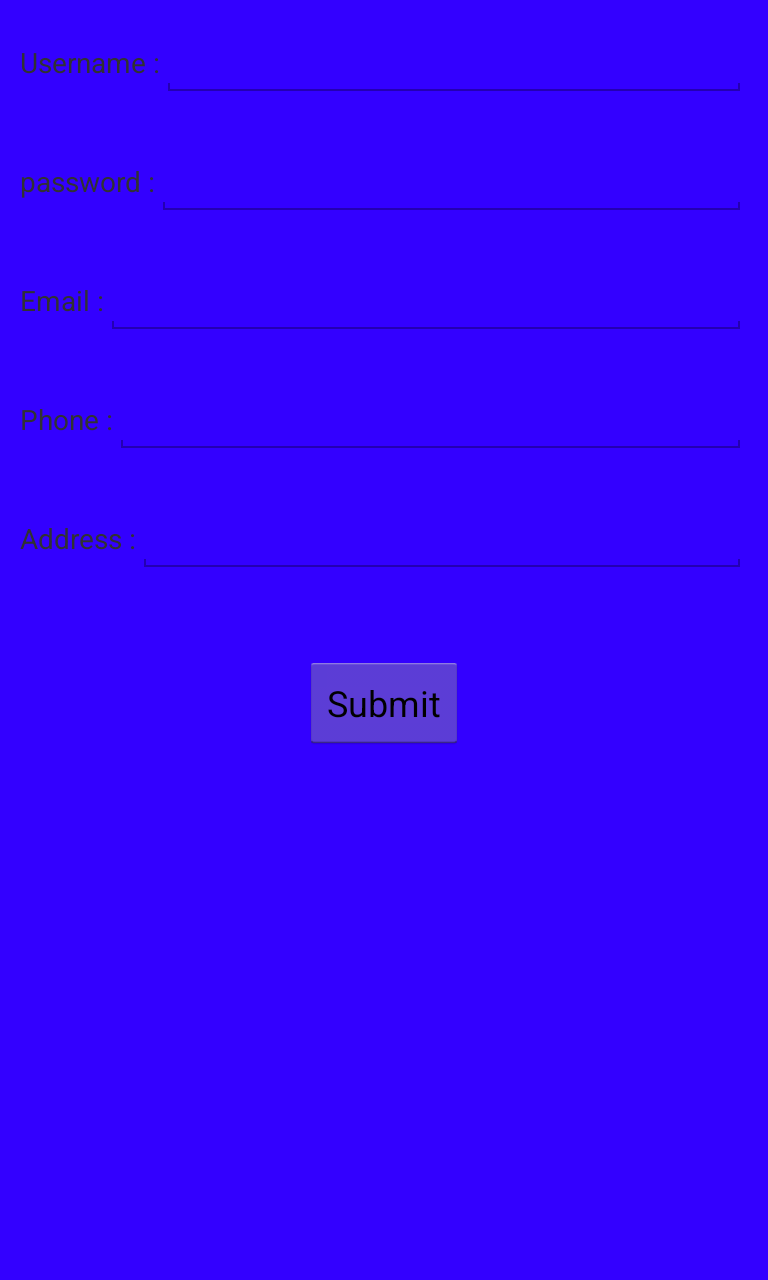
Repository: AnithaGorli/Android
Layout: CustomerApplication/res/layout/login.xml
The author's editor kept a copy of each file at every save. The layout is drawn from the files as they stood at one save, then again after the next save.
It is drawn on a 768 x 1280 px phone screen (xhdpi) without system bars, with theme AppTheme; the app's code is not run.

Above is the layout before, as saved 2014-09-09 11:21:20.

### CustomerApplication/res/layout/login.xml
<?xml version="1.0" encoding="utf-8"?>
<LinearLayout xmlns:android="http://schemas.android.com/apk/res/android"
    android:layout_width="match_parent"
    android:layout_height="match_parent"
    android:orientation="vertical"
    android:background="#3300FF">

<LinearLayout
        android:id="@+id/l1"
        android:layout_width="match_parent"
        android:layout_height="wrap_content"
        android:padding="10dp" >

        <TextView
            android:id="@+id/user_txt"
            android:layout_width="wrap_content"
            android:layout_height="wrap_content"
            android:text="@string/username"
             />

        <EditText
            android:id="@+id/user_edt"
            android:layout_width="match_parent"
            android:layout_height="wrap_content"
            android:inputType="text" />
    </LinearLayout>

    <LinearLayout
        android:id="@+id/l2"
        android:layout_width="match_parent"
        android:layout_height="wrap_content"
        android:padding="10dp" >

        <TextView
            android:id="@+id/pwd_txt"
            android:layout_width="wrap_content"
            android:layout_height="wrap_content"
            android:text="@string/password"
            />

        <EditText
            android:id="@+id/pwd_edt"
            android:layout_width="match_parent"
            android:layout_height="wrap_content"
            android:inputType="text"
            android:password="true" />
    </LinearLayout>
    <LinearLayout
        android:id="@+id/l3"
        android:layout_width="match_parent"
        android:layout_height="wrap_content"
        android:padding="10dp" >

        <TextView
            android:id="@+id/email_txt"
            android:layout_width="wrap_content"
            android:layout_height="wrap_content"
            android:text="@string/email"
             />

        <EditText
            android:id="@+id/email_edt"
            android:layout_width="match_parent"
            android:layout_height="wrap_content"
            android:inputType="text" />
    </LinearLayout>
    <LinearLayout
        android:id="@+id/l4"
        android:layout_width="match_parent"
        android:layout_height="wrap_content"
        android:padding="10dp" >

        <TextView
            android:id="@+id/phn_txt"
            android:layout_width="wrap_content"
            android:layout_height="wrap_content"
            android:text="@string/phone"
           />

        <EditText
            android:id="@+id/phn_edt"
            android:layout_width="match_parent"
            android:layout_height="wrap_content"
            android:inputType="text" />
    </LinearLayout>
    <LinearLayout
        android:id="@+id/l5"
        android:layout_width="match_parent"
        android:layout_height="wrap_content"
        android:padding="10dp" >

        <TextView
            android:id="@+id/address_txt"
            android:layout_width="wrap_content"
            android:layout_height="wrap_content"
            android:text="@string/address"
            />

        <EditText
            android:id="@+id/address_edt"
            android:layout_width="match_parent"
            android:layout_height="wrap_content"
            android:inputType="text" />
    </LinearLayout>

    <Button
        android:id="@+id/submit_btn"
        android:layout_width="wrap_content"
        android:layout_height="wrap_content"
        android:text="@string/submit"
        android:layout_marginTop="30dp"
        android:layout_gravity="center_horizontal"
        />

</LinearLayout>

### CustomerApplication/res/values/strings.xml
<resources>

    <string name="app_name">CustomerApplication</string>
<string name="username">Username :</string>
<string name="password">password :</string>
<string name="email">Email :</string>
<string name="phone">Phone :</string>
<string name="address">Address :</string>
<string name="submit">Submit</string>
<string name="login">Login</string>
<string name="introduction">WELCOME CUSTOMERS</string>
</resources>

Loaded but not shown: CustomerApplication/res/values/styles.xml (common file); CustomerApplication/res/values-v11/styles.xml (common file); CustomerApplication/res/values-v14/styles.xml (common file)

After the next save:
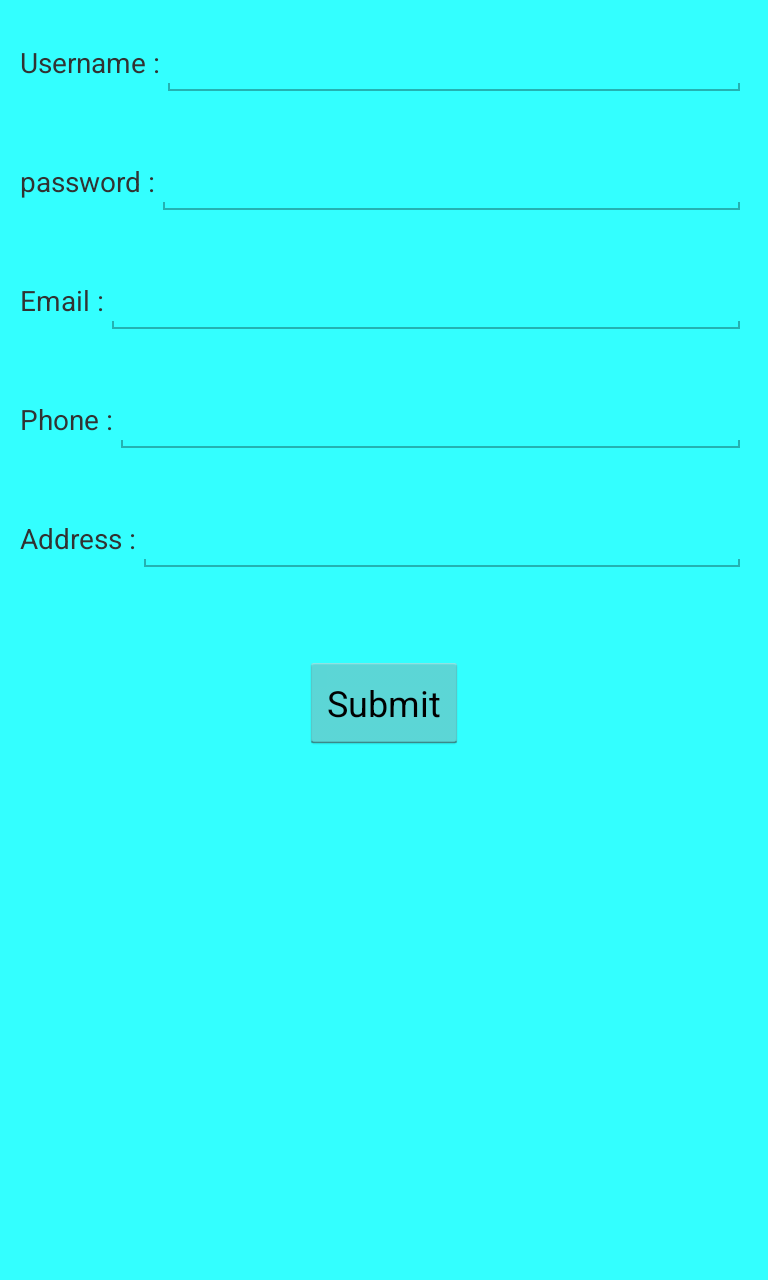
Saved 35 s later.
--- a/CustomerApplication/res/layout/login.xml
+++ b/CustomerApplication/res/layout/login.xml
@@ -3,7 +3,7 @@
     android:layout_width="match_parent"
     android:layout_height="match_parent"
     android:orientation="vertical"
-    android:background="#3300FF">
+    android:background="#33FFFF">
 
 <LinearLayout
         android:id="@+id/l1"
